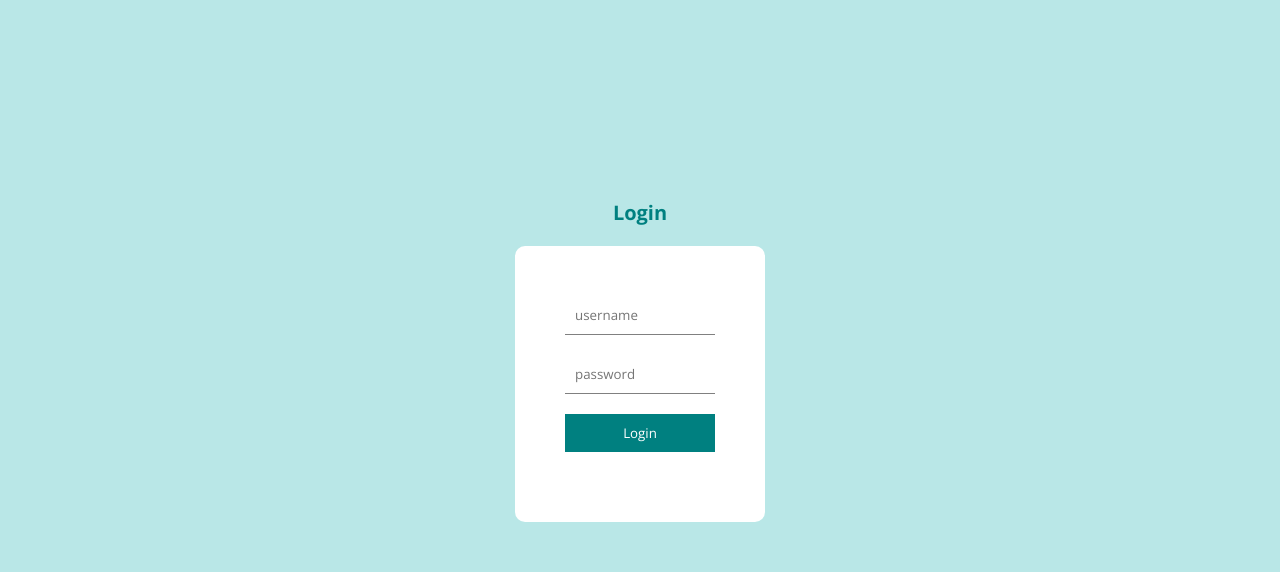
Repository: juansesu3/Blog-Full-Stack
Page: /login (app in client/blog/)
These files come from the project's save history. The page is drawn as it stood at one moment and after a run of saves; the edit follows.
The browser window is 1280 px wide. The pictures show the whole page.
The project was rebuilt for these pictures with package versions that can differ from the ones it lists, and the page was loaded fresh each time. Also part of the build but not shown: client/blog/vite.config.js, client/blog/src/pages/Register.jsx, client/blog/src/pages/Single.jsx, client/blog/src/pages/Write.jsx, client/blog/src/pages/Home.jsx, client/blog/src/components/Navbar.jsx, client/blog/src/components/Footer.jsx.

Above is the page before, as saved 2023-04-18 13:45:18.

After the next 4 saves:
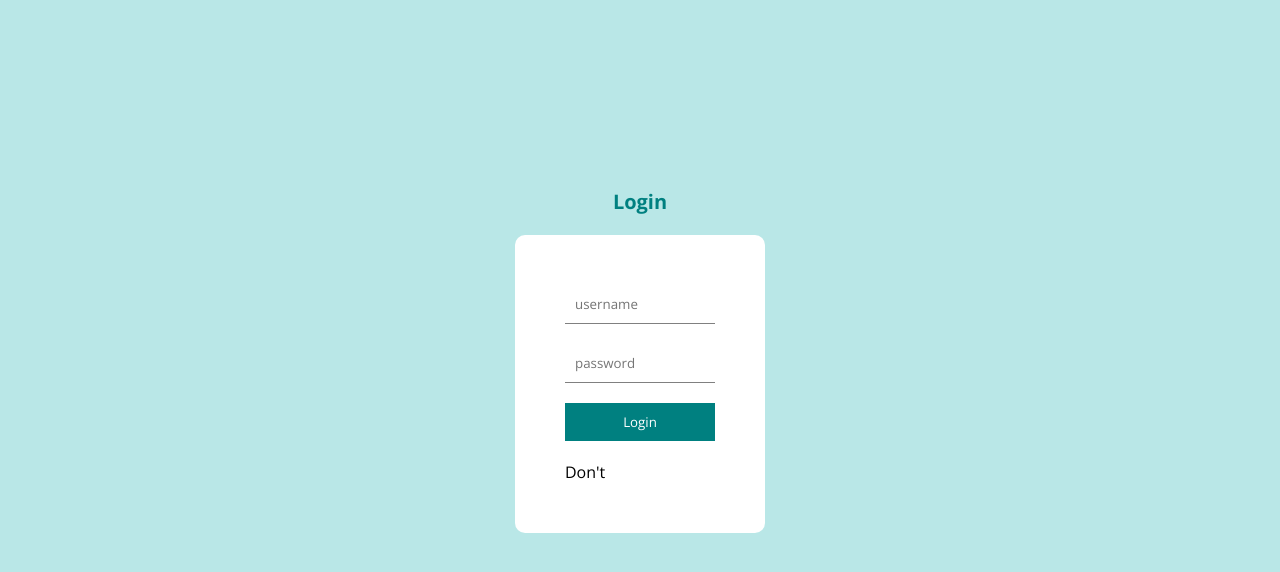
The 4 saves are shown as one change because they came seconds apart.
The last was saved 10 s later.
--- a/client/blog/src/pages/Login.jsx
+++ b/client/blog/src/pages/Login.jsx
@@ -8,7 +8,7 @@ const Login = () => {
         <input type="text" placeholder='username' />
         <input type="password" placeholder='password' />
         <button>Login</button>
-        <span></span>
+        <span>Don't </span>
       </form>
       </div>
   )
